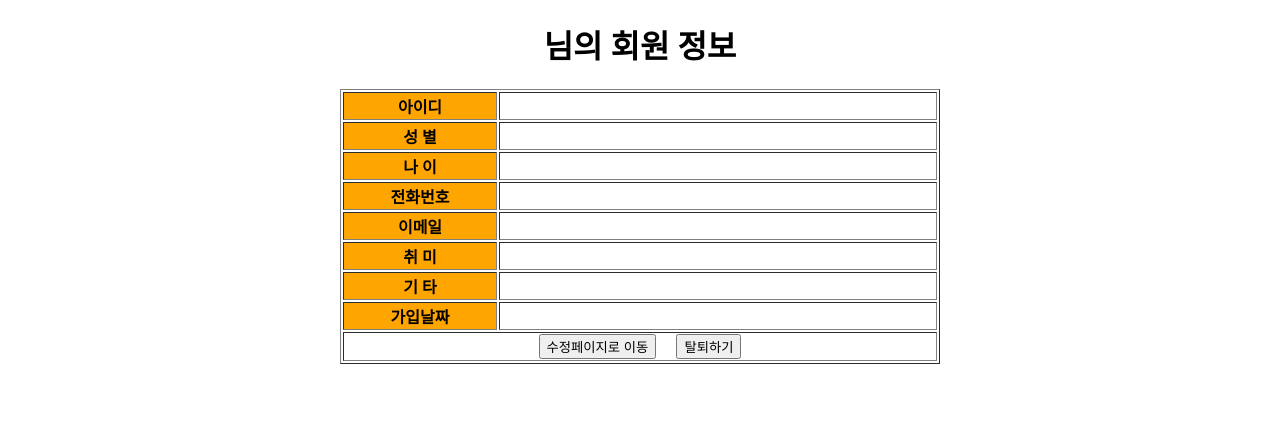
Repository: Yunsunyong/Spring
Page: http://localhost/first/WEB-INF/views/member/memberDetailView.jsp
These files come from the project's save history. The page is drawn as it stood at one moment and after the next save; the edit follows.
The browser window is 1280 px wide. The pictures show the whole page.
The page is served by Tomcat 9. Nobody is signed in. Other server files are loaded and not shown. The template is opened directly, without the code that normally fills it, so the values that code supplies are empty.

Above is the page before, as saved 2019-04-18 10:21:32.

### 190419 Spring ajax까지/framework_workspace/first/src/main/webapp/WEB-INF/views/member/memberDetailView.jsp
<%@ page language="java" contentType="text/html; charset=UTF-8"
    pageEncoding="UTF-8" errorPage="../common/error.jsp" %>
<%@ taglib prefix="c" uri="http://java.sun.com/jsp/jstl/core" %>
<%@ taglib prefix="fn" uri="http://java.sun.com/jsp/jstl/functions" %>
<!DOCTYPE html>
<html>
<head>
<meta charset="UTF-8">
<title>내 정보 보기</title>
<script type="text/javascript">
	function moveUpdatePage(){
		location.href = "memberUpdatePage.jsp";
	}

	function memberDeleteCall(){
		location.href = "mdel?userid=${ member.userid }";
	}
</script>
</head>
<body>
<h1 align="center">
${ member.username } 님의 회원 정보
</h1>
<table align="center" width="600" border="1">
<tr height="20"><th width="150" bgcolor="orange">아이디</th>
<td>${ member.userid }</td></tr>
<tr height="20"><th bgcolor="orange">성 별</th>
<td>${ member.gender }</td></tr>
<tr height="20"><th bgcolor="orange">나 이</th>
<td>${ member.age }</td></tr>
<tr height="20"><th bgcolor="orange">전화번호</th>
<td>${ member.phone }</td></tr>
<tr height="20"><th bgcolor="orange">이메일</th>
<td>${ member.email }</td></tr>
<tr height="20"><th bgcolor="orange">취 미</th>
<td>${ member.hobby }</td></tr>
<tr height="20"><th bgcolor="orange">기 타</th>
<td>${ member.etc }</td></tr>
<tr height="20"><th bgcolor="orange">가입날짜</th>
<td>${ member.enroll_date }</td></tr>
<tr height="20"><th colspan="2">
<button onclick="moveUpdatePage();">수정페이지로 이동</button>
&nbsp; &nbsp;
<button onclick="memberDeleteCall();">탈퇴하기</button>
</th></tr>
</table>

</body>
</html>

After the next save:
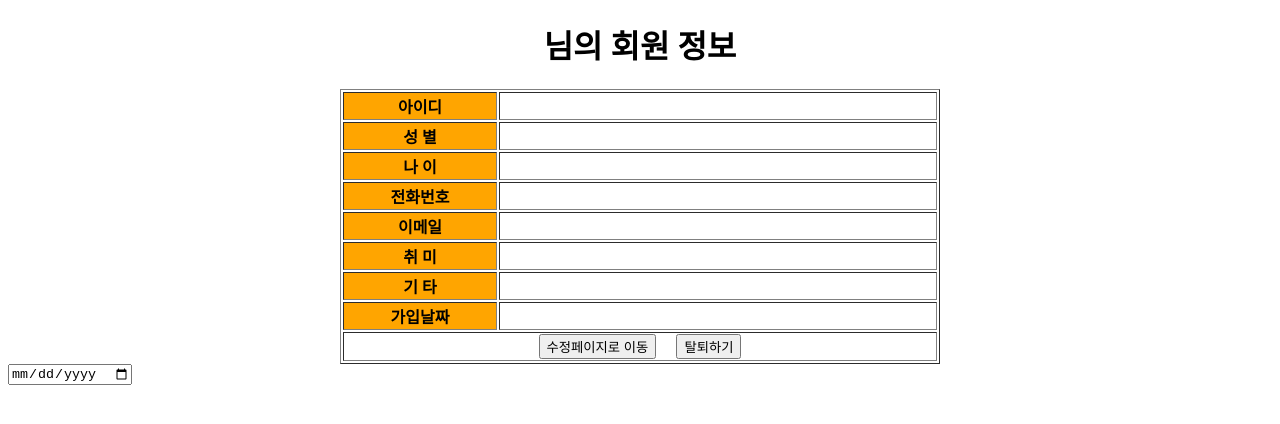
Saved 15 min 38 s later.
--- a/190419 Spring ajax까지/framework_workspace/first/src/main/webapp/WEB-INF/views/member/memberDetailView.jsp
+++ b/190419 Spring ajax까지/framework_workspace/first/src/main/webapp/WEB-INF/views/member/memberDetailView.jsp
@@ -44,6 +44,6 @@
 <button onclick="memberDeleteCall();">탈퇴하기</button>
 </th></tr>
 </table>
-
+<input type="date" >
 </body>
 </html>

After the save that followed:
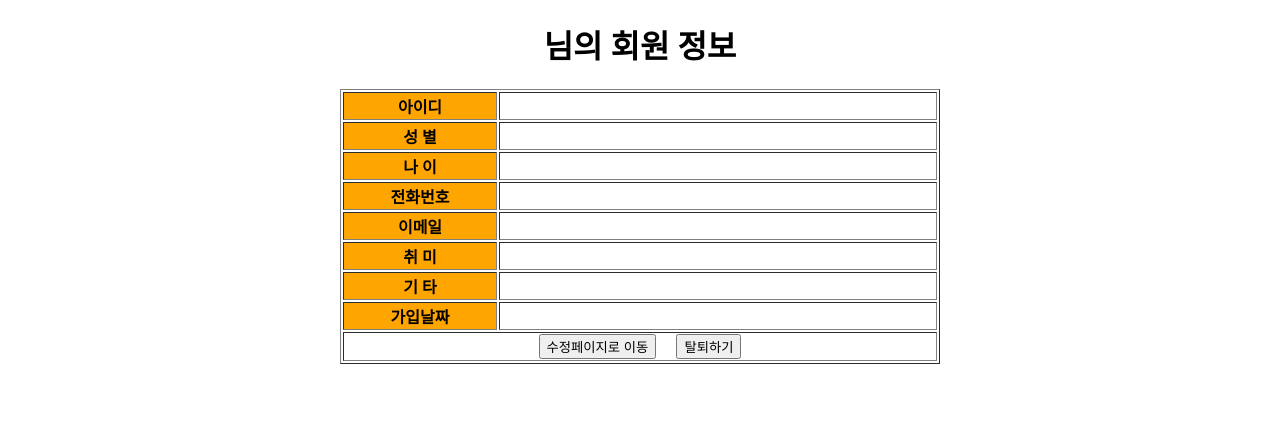
Saved 2 min 50 s later.
--- a/190419 Spring ajax까지/framework_workspace/first/src/main/webapp/WEB-INF/views/member/memberDetailView.jsp
+++ b/190419 Spring ajax까지/framework_workspace/first/src/main/webapp/WEB-INF/views/member/memberDetailView.jsp
@@ -44,6 +44,5 @@
 <button onclick="memberDeleteCall();">탈퇴하기</button>
 </th></tr>
 </table>
-<input type="date" >
 </body>
 </html>
